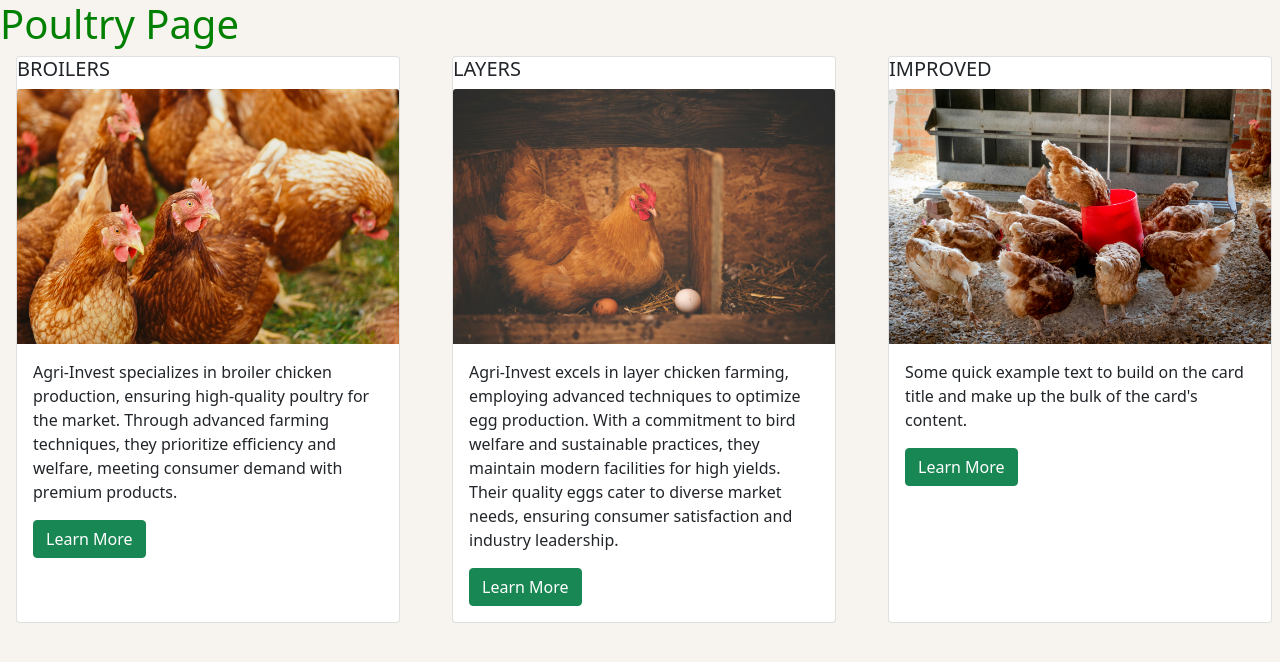
Repository: Allevandrose/Agri-invest
Page: poultry.html
An editor plug-in stored every save of this project. The page is shown before and after the next save, followed by the edit.
The browser window is 1280 px wide. The pictures show the whole page.

Above is the page before, as saved 2024-04-13 15:35:49.

### poultry.html
<!DOCTYPE html>
<html lang="en">

<head>
    <meta charset="UTF-8">
    <link href="https://cdn.jsdelivr.net/npm/bootstrap@5.0.2/dist/css/bootstrap.min.css" rel="stylesheet" integrity="sha384-EVSTQN3/azprG1Anm3QDgpJLIm9Nao0Yz1ztcQTwFspd3yD65VohhpuuCOmLASjC" crossorigin="anonymous">
    <meta name="viewport" content="width=device-width, initial-scale=1.0">
    <link rel="stylesheet" href="poultry.css">
    <title>Document</title>
</head>

<body>
    <h1 class="h1">Poultry Page</h1>

    <div class="card-container d-flex flex-row">
        <div class="card mr-2" style="width: 24rem;">
            <h5 class="card-title">BROILERS</h5>
            <img src="poultry images/chick1.jpg" class="card-img-top" alt="...">
            <div class="card-body">

                <p class="card-text">Agri-Invest specializes in broiler chicken production, ensuring high-quality poultry for the market. Through advanced farming techniques, they prioritize efficiency and welfare, meeting consumer demand with premium products. </p>
                <a href="#" class="btn btn-success">Learn More</a>
            </div>
        </div>
        <div class="card mr-2" style="width: 24rem;">
            <h5 class="card-title">LAYERS</h5>
            <img src="poultry images/chick2.jpg" class="card-img-top" alt="...">
            <div class="card-body">
                <p class="card-text">Agri-Invest excels in layer chicken farming, employing advanced techniques to optimize egg production. With a commitment to bird welfare and sustainable practices, they maintain modern facilities for high yields. Their quality eggs cater
                    to diverse market needs, ensuring consumer satisfaction and industry leadership.</p>
                <a href="#" class="btn btn-success">Learn More</a>
            </div>
        </div>
        <div class="card mr-2" style="width: 24rem;">
            <h5 class="card-title">IMPROVED</h5>
            <img src="poultry images/chick3.jpg" class="card-img-top" alt="...">
            <div class="card-body">

                <p class="card-text">Some quick example text to build on the card title and make up the bulk of the card's content.</p>
                <a href="#" class="btn btn-success">Learn More</a>
            </div>
        </div>




        <!-- script tag -->
        <script src="https://cdn.jsdelivr.net/npm/bootstrap@5.0.2/dist/js/bootstrap.bundle.min.js" integrity="sha384-MrcW6ZMFYlzcLA8Nl+NtUVF0sA7MsXsP1UyJoMp4YLEuNSfAP+JcXn/tWtIaxVXM" crossorigin="anonymous"></script>
</body>

</html>

### poultry.css
body {
    background-color: rgb(247, 243, 239);
}

.h1 {
    color: green;
}

.card-container {
    display: flex;
    flex-wrap: wrap;
    justify-content: space-between;
    margin-left: 16px;
    margin-right: 8px;
}

After the next save:
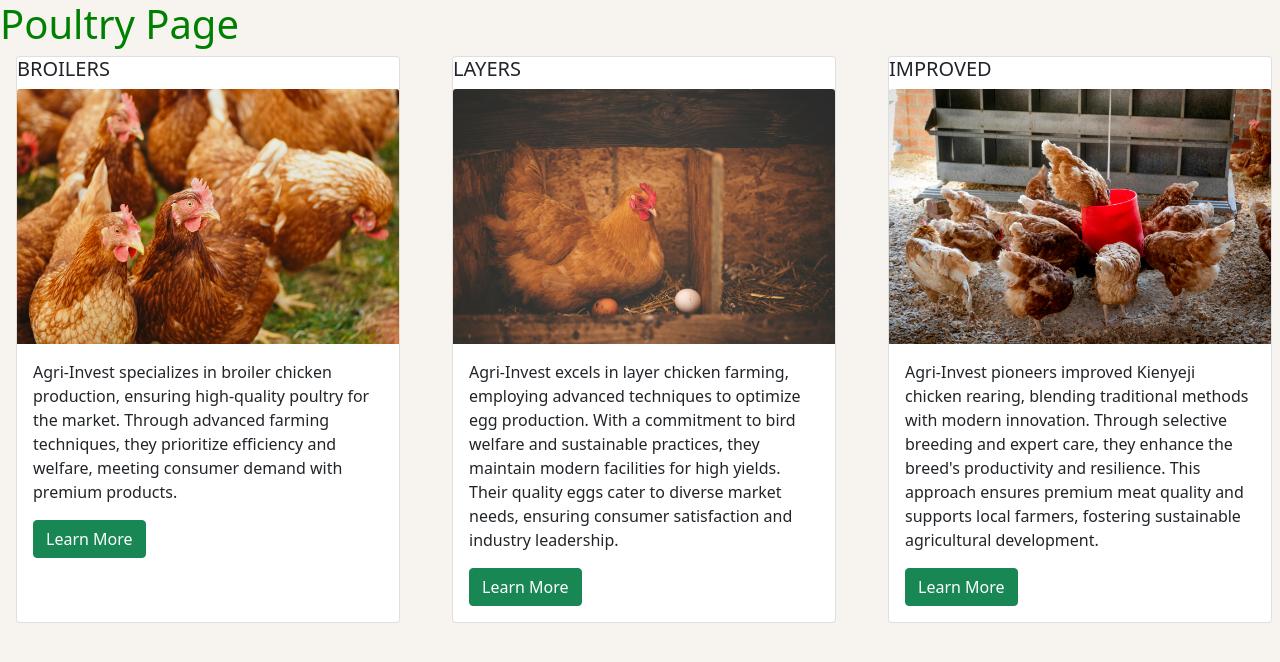
Saved 28 s later.
--- a/poultry.html
+++ b/poultry.html
@@ -36,7 +36,8 @@
             <img src="poultry images/chick3.jpg" class="card-img-top" alt="...">
             <div class="card-body">
 
-                <p class="card-text">Some quick example text to build on the card title and make up the bulk of the card's content.</p>
+                <p class="card-text">Agri-Invest pioneers improved Kienyeji chicken rearing, blending traditional methods with modern innovation. Through selective breeding and expert care, they enhance the breed's productivity and resilience. This approach ensures premium
+                    meat quality and supports local farmers, fostering sustainable agricultural development.</p>
                 <a href="#" class="btn btn-success">Learn More</a>
             </div>
         </div>
